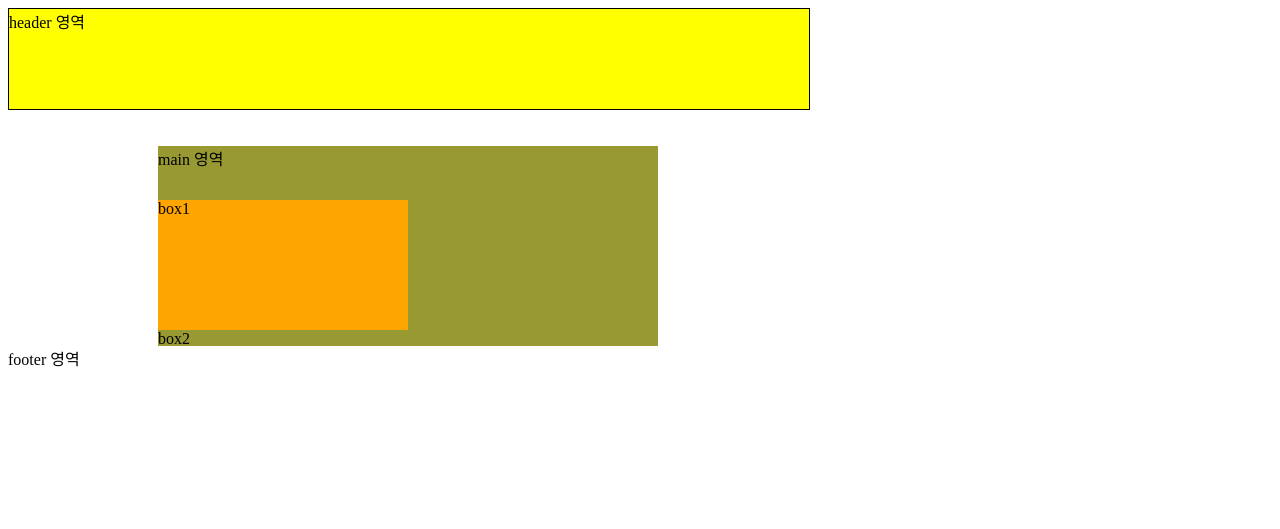
Repository: Seokho96/CSSPractice
Page: css/work01/WebContent/index02.html
An editor plug-in stored every save of this project. The page is shown before and after the next save, followed by the edit.
The browser window is 1280 px wide. The pictures show the whole page.

Above is the page before, as saved 2020-07-13 06:24:13.

### css/work01/WebContent/index02.html
<!DOCTYPE html>
<html>
<head>
<meta charset="UTF-8">
<title>Insert title here</title>

<style type="text/css">
#header{
   width: 800px;
   height: 100px;
   border: 1px solid black;
   background-color: yellow;
}
#main{
   width: 500px;
   height: 200px;
   background-color: #999933;
   margin-left: 150px;
}
#box1{
   width: 250px;
   height:130px;
   background-color: orange;
   margin-top: 30px;
}

</style>
</head>
<body>

<div id="header" >header 영역</div><br><br>


<div id="main">main 영역
<div id="box1">box1</div>
<div id="box2">box2</div>
</div>

<div id="footer">footer 영역</div>
</body>
</html>

After the next save:
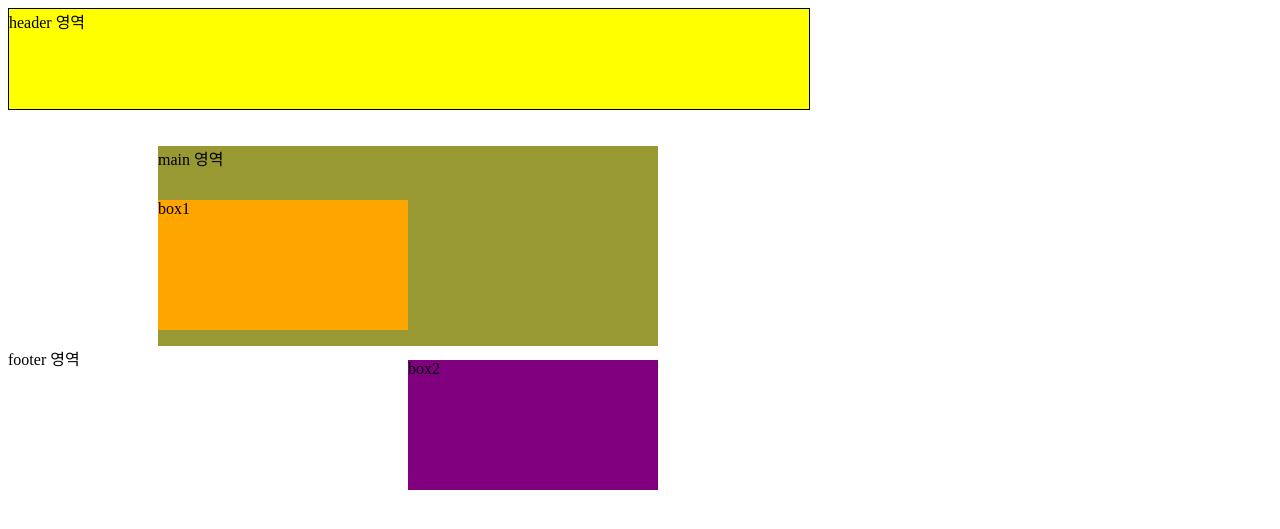
Saved 47 s later.
--- a/css/work01/WebContent/index02.html
+++ b/css/work01/WebContent/index02.html
@@ -23,7 +23,13 @@
    background-color: orange;
    margin-top: 30px;
 }
-
+#box2{
+   width: 250px;
+   height:130px;
+   background-color: purple;
+   margin-top: 30px;
+   float: right;
+}
 </style>
 </head>
 <body>
